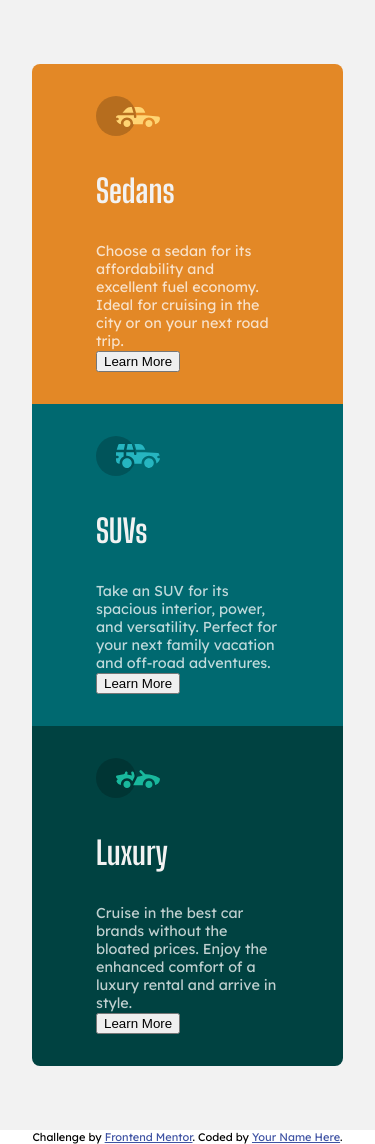
Repository: PratypartyY2K/frontendmentor-challenges
Page: 3-column-card/index.html
The author's editor kept a copy of each file at every save. The page is drawn from the files as they stood at one save, then again after the next save.
The browser window is 375 px wide. The pictures show the whole page.

Above is the page before, as saved 2021-07-14 11:50:01.

### 3-column-card/index.html
<!DOCTYPE html>
<html lang="en">
  <head>
    <meta charset="UTF-8" />
    <meta name="viewport" content="width=device-width, initial-scale=1.0" />
    <!-- displays site properly based on user's device -->

    <link
      rel="icon"
      type="image/png"
      sizes="32x32"
      href="./images/favicon-32x32.png"
    />

    <!--font-->
    <link rel="preconnect" href="https://fonts.googleapis.com" />
    <link rel="preconnect" href="https://fonts.gstatic.com" crossorigin />
    <link
      href="https://fonts.googleapis.com/css2?family=Big+Shoulders+Display:wght@700&display=swap"
      rel="stylesheet"
    />
    <link
      href="https://fonts.googleapis.com/css2?family=Lexend+Deca&display=swap"
      rel="stylesheet"
    />

    <title>Frontend Mentor | 3-column preview card component</title>

    <link rel="stylesheet" href="style.css" />
  </head>
  <body>
    <div class="card-wrapper">
      <div class="col-1">
        <img src="images/icon-sedans.svg" class="icon" />
        <h3>Sedans</h3>
        <div class="card-content">
          Choose a sedan for its affordability and excellent fuel economy. Ideal
          for cruising in the city or on your next road trip.
        </div>
        <button class="btn">Learn More</button>
      </div>
      <div class="col-2">
        <img src="images/icon-suvs.svg" class="icon" />
        <h3>SUVs</h3>
        <div class="card-content">
          Take an SUV for its spacious interior, power, and versatility. Perfect
          for your next family vacation and off-road adventures.
        </div>
        <button class="btn">Learn More</button>
      </div>
      <div class="col-3">
        <img src="images/icon-luxury.svg" class="icon" />
        <h3>Luxury</h3>
        <div class="card-content">
          Cruise in the best car brands without the bloated prices. Enjoy the
          enhanced comfort of a luxury rental and arrive in style.
        </div>
        <button class="btn">Learn More</button>
      </div>
    </div>

    <div class="attribution">
      Challenge by
      <a href="https://www.frontendmentor.io?ref=challenge" target="_blank"
        >Frontend Mentor</a
      >. Coded by <a href="#">Your Name Here</a>.
    </div>
  </body>
</html>

### 3-column-card/style.css
:root {
    --primary-orange: hsl(31, 77%, 52%);
    --primary-cyan: hsl(184, 100%, 22%);
    --primary-dark-cyan: hsl(179, 100%, 13%);
    --neutral-white: hsla(0, 0%, 100%, 0.75);
    --neutral-gray: hsl(0, 0%, 95%);
    --col-padding: 2rem 4rem;
}

@media only screen and (max-width: 600px) {
    body {
        margin: 0;
        font-family: 'Lexend Deca', sans-serif;
    }

    .card-wrapper {
        background-color: var(--neutral-gray);
        display: flex;
        flex-direction: column;
        padding: 4rem 2rem;
    }

    .col-1 {
        background-color: var(--primary-orange);
        border-radius: 8px 8px 0 0;
        padding: var(--col-padding);
    }

    .col-2 {
        background-color: var(--primary-cyan);
        padding: var(--col-padding);
    }

    .col-3 {
        background-color: var(--primary-dark-cyan);
        border-radius: 0 0 8px 8px;
        padding: var(--col-padding);
    }

    h3 {
        color: var(--neutral-gray);
        font-size: 2rem;
        font-family: 'Big Shoulders Display', cursive;
        font-weight: 700;
    }

    .card-content {
        font-size: 0.9rem;
        color: var(--neutral-white);
    }
}

.attribution {
    font-size: 11px;
    text-align: center;
}
.attribution a {
    color: hsl(228, 45%, 44%);
}

After the next save:
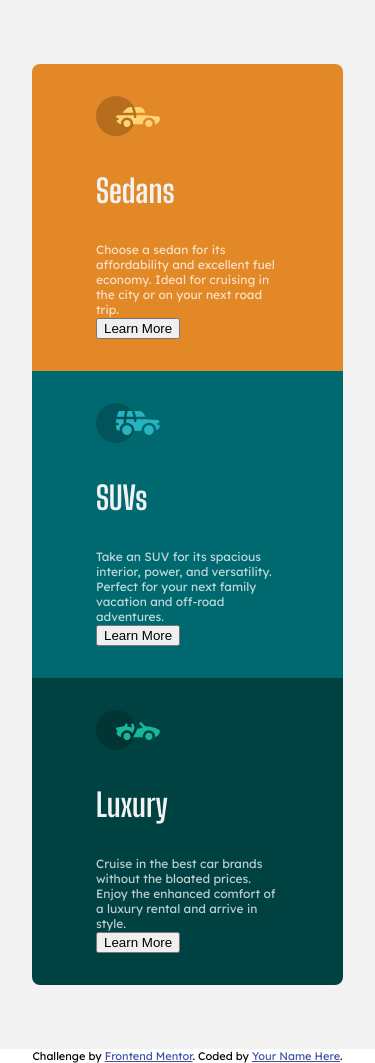
Saved 28 s later.
--- a/3-column-card/style.css
+++ b/3-column-card/style.css
@@ -45,7 +45,7 @@
     }
 
     .card-content {
-        font-size: 0.9rem;
+        font-size: 0.75rem;
         color: var(--neutral-white);
     }
 }
